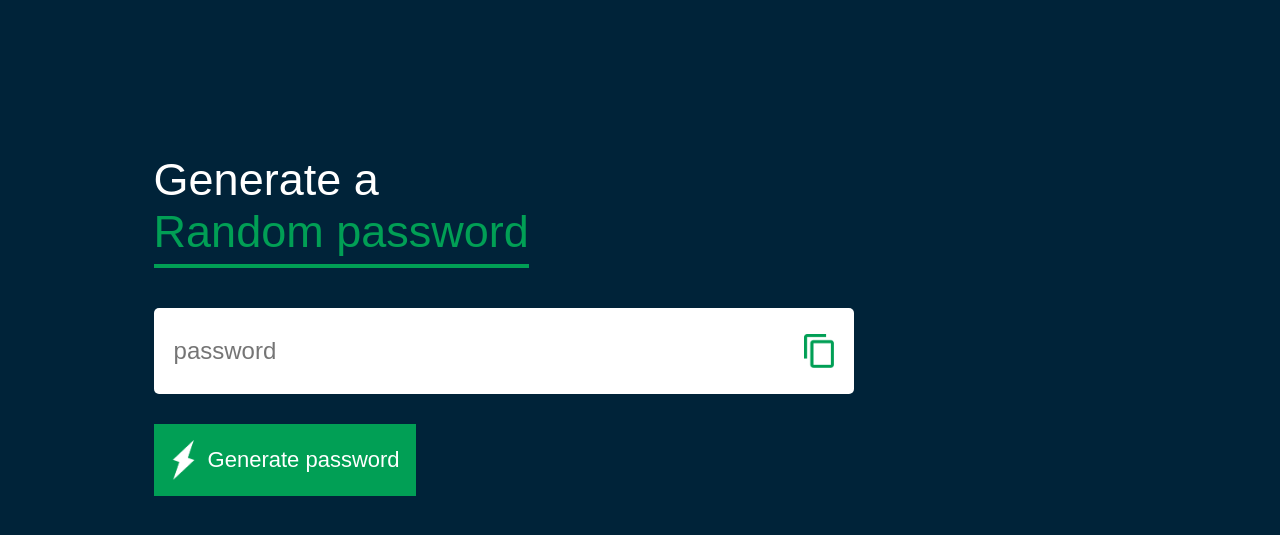
Repository: YAAMAR/password-generator
Page: Random password/index.html
These files come from the project's save history. The page is drawn as it stood at one moment and after the next save; the edit follows.
The browser window is 1280 px wide. The pictures show the whole page.

Above is the page before, as saved 2024-05-02 19:15:59.

### Random password/index.html
<!DOCTYPE html>
<html lang="en">
<head>
    <meta charset="UTF-8">
    <meta name="viewport" content="width=device-width, initial-scale=1.0">
    <title>Random Password Generator-Easy Tutorials</title>
    <link rel="stylesheet" href="style.css">
</head>
<body>
    <div class="container">

        <h1>Generate a <br> <span>Random password</span></h1>
        <div class="display">

            <input type="text" id="password" placeholder="password">
            <img src="images/copy.png">
        </div>
        <button> <img src="images/generate.png">Generate password</button>
    </div>
</body>
</html>

### Random password/style.css
*{
    margin: 0;
    padding: 0;
    font-family: 'poppins',sans-serif;
    box-sizing: border-box;
}
body{
    background: #002339;
    color: #fff;
}
.container{
    margin: 12%;
    width: 90%;
    max-width: 700px;
}
.display{
    width: 100%;
    margin-top: 50px;
    margin-bottom: 30px;
    background:#fff ;
color: #fff;
display: flex;
align-items: center;
justify-content: space-between;
padding: 26px 20px;
border-radius: 5px;
}
.container h1{
    font-weight: 500;
    font-size: 45px;
}
.container h1 span{
    color: #019f55;
    border-bottom:4px solid #019f55 ;
    padding-bottom:7px ;

}
.display img{
    width: 30px;
    cursor: pointer;
}
.display input{
    border: 0;
    outline: 0;
    font-size: 24px;
}
.container button img{
    width: 28px;
    margin-right: 10px;

}
.container button{
    border: 0;
    outline: 0;
    background: #019f55;
    color: #fff;
    font-size: 22px;
    font-weight: 300;
    display: flex;
    align-items: center;
    justify-content: center;
    padding: 16px ;
}

After the next save:
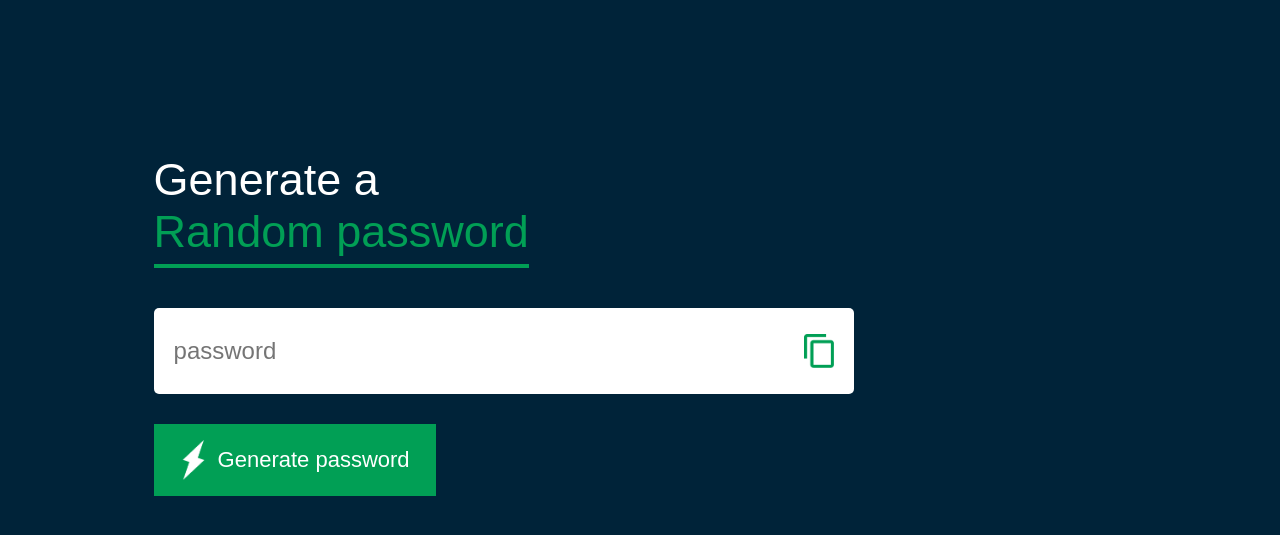
Saved 4 s later.
--- a/Random password/style.css
+++ b/Random password/style.css
@@ -59,5 +59,5 @@ border-radius: 5px;
     display: flex;
     align-items: center;
     justify-content: center;
-    padding: 16px ;
+    padding: 16px 26px;
 }
